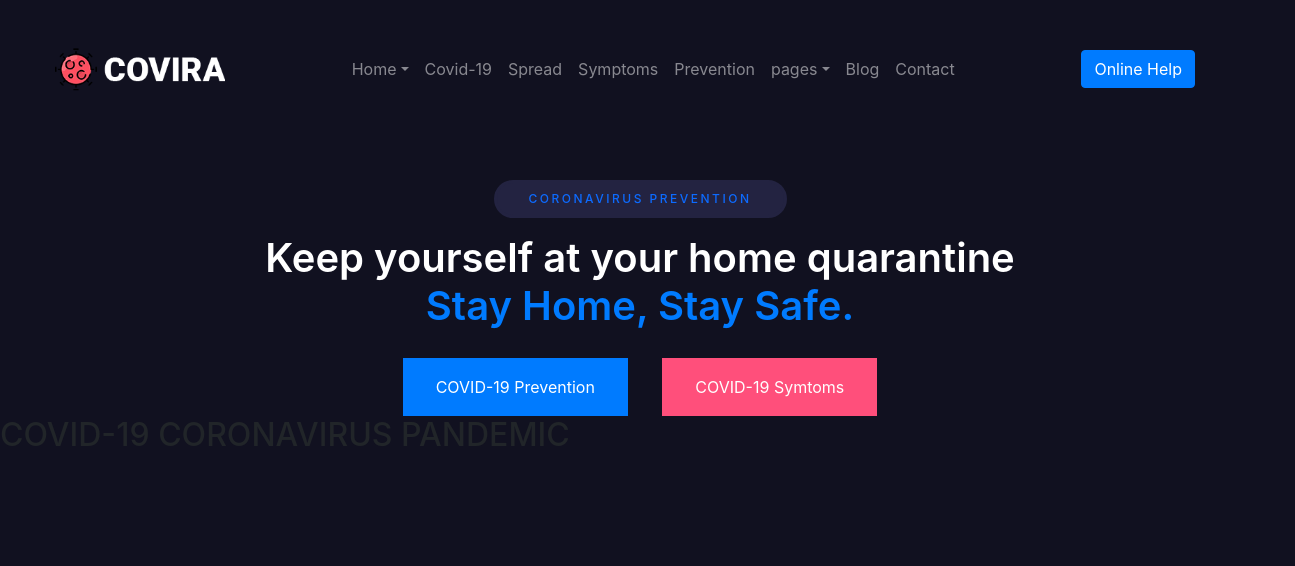
Repository: sitikhusushan/corona_updates
Page: index.html
The author's editor kept a copy of each file at every save. The page is drawn from the files as they stood at one save, then again after the next save.
The browser window is 1280 px wide. The page is 1280 px wide, then 1295 px, so the pictures cover 1295 px, including what lies to the right of the window. The pictures show the whole page.

Above is the page before, as saved 2020-06-05 16:28:12.

### index.html
<!DOCTYPE html>
<html lang="en">
  <head>
    <meta charset="UTF-8" />
    <meta name="viewport" content="width=device-width, initial-scale=1.0" />
    <link rel="stylesheet" href="css/bootstrap.css" />
    <link rel="stylesheet" href="style.css" />
    <title>Covid-19</title>
  </head>
  <body>
    <header>
      <nav class="navbar navbar-expand-lg navbar-dark fix">
        <div class="container">
          <a class="logo" href="">
            <img src="image/logo-white.png" alt="coronavirus_logo"
          /></a>
          <!-- <div class="row">
          <div class="col-md-2 col-sm-2">
            <img src="image/logo-white.png" alt="coronavirus_logo" />
          </div>
          <div class="col-md-1 col-sm">
            <div class="dropdown">
              <button
                type="button"
                class="btn btn-danger dropdown-toggle"
                data-toggle="dropdown"
              >
                Home
              </button>
              <div class="dropdown-menu">
                <a class="dropdown-item" href="#">akjf</a>
                <a class="dropdown-item" href="#">alkdf</a>
                <a class="dropdown-item" href="#">akfjl</a>
                <a class="dropdown-item" href="#">ahdfjk</a>
                <a class="dropdown-item" href="#">ajlkdf</a>
                <a class="dropdown-item" href="#">kjahdf</a>
              </div>
            </div>
          </div>
          <div class="col-md-1 col-sm">
            COVID-19
          </div>
          <div class="col-md-1 col-sm">
            Spread
          </div>
          <div class="col-md-1 col-sm">
            Symptoms
          </div>
          <div class="col-md-1 col-sm">
            Prevention
          </div>
          <div class="col-md-1 col-sm">
            <div class="dropdown">
              <button
                type="button"
                class="btn btn-danger dropdown-toggle"
                data-toggle="dropdown"
              >
                Pages
              </button>
              <div class="dropdown-menu">
                <a class="dropdown-item" href="#"></a>
                <a class="dropdown-item" href="#"></a>
                <a class="dropdown-item" href="#"></a>
                <a class="dropdown-item" href="#"></a>
              </div>
            </div>
          </div>
          <div class="col-md-1 col-sm">Blog</div>
          <div class="col-md-1 col-sm">Contact</div>
          <div class="col-md-2 col-sm-2">
            <button class="btn btn-primary" type="button">Online Help</button>
          </div>
        </div> -->
          <div class="collapse navbar-collapse">
            <ul class="navbar-nav mx-auto">
              <li class="nav-item dropdown">
                <a
                  class="nav-link dropdown-toggle"
                  href="#"
                  data-toggle="dropdown"
                  aria-expanded="false"
                  >Home</a
                >
                <div class="dropdown-menu">
                  <a class="dropdown-item" href="#">Home one</a>
                  <a class="dropdown-item" href="#">Home one dark</a>
                  <a class="dropdown-item" href="#">Home two</a>
                  <a class="dropdown-item" href="#">Home two dark</a>
                  <a class="dropdown-item" href="#">Home three</a>
                  <a class="dropdown-item" href="#">Home three dark</a>
                </div>
              </li>
              <li class="nav-item">
                <a class="nav-link" href="#">Covid-19</a>
              </li>
              <li class="nav-item">
                <a class="nav-link" href="#">Spread</a>
              </li>
              <li class="nav-item">
                <a class="nav-link" href="#">Symptoms</a>
              </li>
              <li class="nav-item">
                <a class="nav-link" href="#">Prevention</a>
              </li>
              <li class="nav-item dropdown">
                <a
                  class="nav-link dropdown-toggle"
                  href="#"
                  data-toggle="dropdown"
                  aria-expanded="false"
                  >pages</a
                >
                <div class="dropdown-menu">
                  <a class="dropdown-item" href="#">Blog</a>
                  <a class="dropdown-item" href="#">Article</a>
                  <a class="dropdown-item" href="#">Contact</a>
                  <a class="dropdown-item" href="#">Outbrek news</a>
                </div>
              </li>
              <li class="nav-item">
                <a class="nav-link" href="#">Blog</a>
              </li>
              <li class="nav-item">
                <a class="nav-link" href="#">Contact</a>
              </li>
            </ul>
          </div>
          <a class="onlinehelp" href="">
            <i class="fas fa-headset"></i>
            <button class="btn btn-primary" type="button">Online Help</button>
          </a>
        </div>
      </nav>
    </header>
    <div class="banner">
      <div class="container">
        <div class="prevention">
          <p class="pre">CORONAVIRUS PREVENTION</p>
          <h1>
            Keep yourself at your home quarantine <br />
            <span class="text-primary"> Stay Home, Stay Safe.</span>
          </h1>
          <div class="button">
            <!-- <div class="col-md-6">
              <button class="btn btn-primary" type="button">
                COVID-19 Prevention
              </button>
            </div>
            <div class="col-md">
              <button class="btn btn-danger" type="button">
                COVID-19 Symtoms
              </button> -->
            <a href="" class="btn btn-lg btn-primary">COVID-19 Prevention</a>
            <a href="" class="btn btn-lg btn-pink">COVID-19 Symtoms</a>
          </div>
        </div>
      </div>
    </div>
    <div class="dashboard">
      <h2>COVID-19 CORONAVIRUS PANDEMIC</h2>
      <div class="row">
        <div class="col-md-6 col-lg-3"></div>
        <div class="col-md-6 col-lg-3"></div>
        <div class="col-md-6 col-lg-3"></div>
        <div class="col-md-6 col-lg-3"></div>
      </div>
    </div>
  </body>
</html>
<script src="https://code.jquery.com/jquery-3.5.1.js"></script>
<script src="js/bootstrap.js"></script>

### style.css
body {
  background-color: #111120;
  /* color: #939fb2; */
}

.container {
  max-width: 1200px;
}

.fix {
  position: fixed;
  top: 0;
  right: 0;
  left: 0;
  /* z-index: 1030; */
  background-color: #111120;
  padding: 40px 0px;
}

.navbar .navbar-nav .nav-item a.nav-link:hover {
  color: hotpink;
}

.navbar .navbar-nav .nav-item .dropdown-menu a.dropdown-item:hover {
  background-color: hotpink;
}

.dropdown-menu {
  display: none;
  position: absolute;
  background-color: #111120;
  color: white;
  font-weight: 700;
  font-size: 15px;
  z-index: 1;
}

.navbar .navbar-nav .nav-item:hover .dropdown-menu {
  display: block;
}

.nav-item .nav-link a {
  font-weight: 500;
  padding: 8px 16px;
  margin-left: 2px;
  margin-right: 2px;
}

nav .container .logo img {
  max-width: 170px;
}

.banner {
  height: 100%;
  text-align: center;
  padding-top: 180px;
}

h1 {
  color: white;
  font-weight: 600;
  margin-bottom: 28px;
}

.btn-pink {
  color: white;
  background-color: #ff4f7b;
  border-color: #ff4f7b;
}

.btn-lg {
  padding: 1rem 2rem;
  font-size: 1rem;
  border-radius: 0px;
}

.btn-primary {
  margin-right: 30px;
}

.pre {
  font-size: 0.75rem;
  font-weight: 500;
  line-height: 1;
  letter-spacing: 2.5px;
  display: inline-block;
  border-radius: 800px;
  border: #232341 solid;
  background-color: #232341;
  color: #0d6bff;
  padding: 10px 32px;
  margin-bottom: 16px;
}

@font-face {
  font-family: "Barlow";
  src: url("font/Barlow-Black.woff2") format("woff2"),
    url("font/Barlow-Black.woff") format("woff"),
    url("font/Barlow-Black.svg#Barlow-Black") format("svg");
  font-weight: 900;
  font-style: normal;
}

@font-face {
  font-family: "Barlow";
  src: url("font/Barlow-Light.woff2") format("woff2"),
    url("font/Barlow-Light.woff") format("woff"),
    url("font/Barlow-Light.svg#Barlow-Light") format("svg");
  font-weight: 300;
  font-style: normal;
}

@font-face {
  font-family: "Barlow";
  src: url("font/Barlow-Medium.woff2") format("woff2"),
    url("font/Barlow-Medium.woff") format("woff"),
    url("font/Barlow-Medium.svg#Barlow-Medium") format("svg");
  font-weight: 500;
  font-style: normal;
}

@font-face {
  font-family: "Barlow";
  src: url("font/Barlow-ExtraBold.woff2") format("woff2"),
    url("font/Barlow-ExtraBold.woff") format("woff"),
    url("font/Barlow-ExtraBold.svg#Barlow-ExtraBold") format("svg");
  font-weight: 800;
  font-style: normal;
}

@font-face {
  font-family: "Barlow";
  src: url("font/Barlow-SemiBold.woff2") format("woff2"),
    url("font/Barlow-SemiBold.woff") format("woff"),
    url("font/Barlow-SemiBold.svg#Barlow-SemiBold") format("svg");
  font-weight: 600;
  font-style: normal;
}

@font-face {
  font-family: "Barlow";
  src: url("font/Barlow-Regular.woff2") format("woff2"),
    url("font/Barlow-Regular.woff") format("woff"),
    url("font/Barlow-Regular.svg#Barlow-Regular") format("svg");
  font-weight: normal;
  font-style: normal;
}

@font-face {
  font-family: "Barlow";
  src: url("font/Barlow-Thin.woff2") format("woff2"),
    url("font/Barlow-Thin.woff") format("woff"),
    url("font/Barlow-Thin.svg#Barlow-Thin") format("svg");
  font-weight: 100;
  font-style: normal;
}

@font-face {
  font-family: "Barlow";
  src: url("font/Barlow-Bold.woff2") format("woff2"),
    url("font/Barlow-Bold.woff") format("woff"),
    url("font/Barlow-Bold.svg#Barlow-Bold") format("svg");
  font-weight: bold;
  font-style: normal;
}

@font-face {
  font-family: "Barlow";
  src: url("font/Barlow-ExtraLight.woff2") format("woff2"),
    url("font/Barlow-ExtraLight.woff") format("woff"),
    url("font/Barlow-ExtraLight.svg#Barlow-ExtraLight") format("svg");
  font-weight: 200;
  font-style: normal;
}

Loaded but not shown: css/bootstrap.css (library); js/bootstrap.js (library)

After the next save:
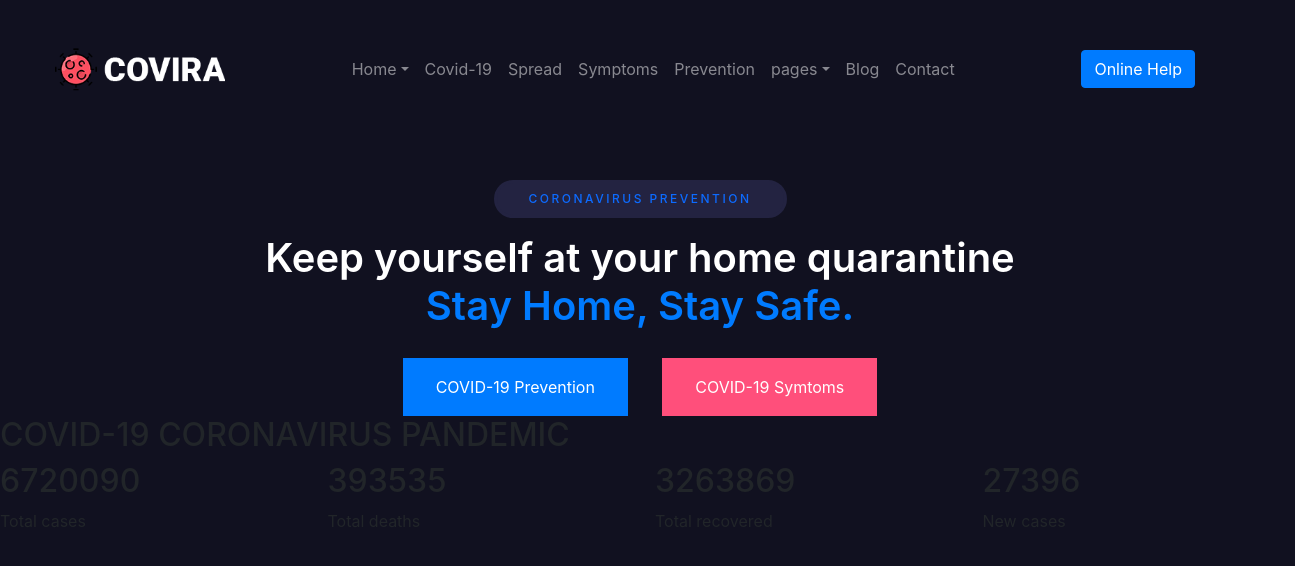
Saved 2 min 45 s later.
--- a/index.html
+++ b/index.html
@@ -160,10 +160,26 @@
     <div class="dashboard">
       <h2>COVID-19 CORONAVIRUS PANDEMIC</h2>
       <div class="row">
-        <div class="col-md-6 col-lg-3"></div>
-        <div class="col-md-6 col-lg-3"></div>
-        <div class="col-md-6 col-lg-3"></div>
-        <div class="col-md-6 col-lg-3"></div>
+        <div class="col-md-6 col-lg-3">
+          <h2>6720090</h2>
+          <p>Total cases</p>
+          <img src="" alt="" />
+        </div>
+        <div class="col-md-6 col-lg-3">
+          <h2>393535</h2>
+          <p>Total deaths</p>
+          <img src="" alt="" />
+        </div>
+        <div class="col-md-6 col-lg-3">
+          <h2>3263869</h2>
+          <p>Total recovered</p>
+          <img src="" alt="" />
+        </div>
+        <div class="col-md-6 col-lg-3">
+          <h2>27396</h2>
+          <p>New cases</p>
+          <img src="" alt="" />
+        </div>
       </div>
     </div>
   </body>
